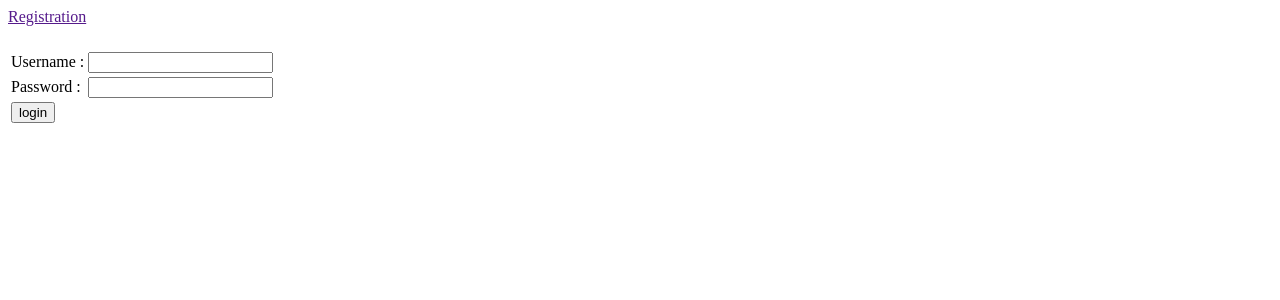
Repository: priyagund/jspServlet
Page: http://localhost/MyFirstLogin/login.jsp
The author's editor kept a copy of each file at every save. The page is drawn from the files as they stood at one save, then again after the next save.
The browser window is 1280 px wide. The pictures show the whole page.
The page is served by Tomcat 9. Other server files are loaded and not shown.

Above is the page before, as saved 2019-10-10 05:45:52.

### MyFirstLogin/WebContent/login.jsp
<%@ page language="java" contentType="text/html; charset=UTF-8"
    pageEncoding="UTF-8"%>
<!DOCTYPE html>
<html>
<head>
<meta charset="UTF-8">
<title>Insert title here</title>
</head>
<body>
<form action "loginRegister" method "post">
<table>
<tr>
<td><h3 style="color:red"; Login Page></h3>

</td>
</tr>
<style= "background color:skyblue; margin-left=20px; margin-left=20px";></style>
<tr><td>Username : </td><td><input type="text" name="name"></td></tr>
<tr><td>Password :  </td><td><input type="password" name="password"></td></tr>
<tr><td> <input type ="submit" name="submit" value="login"></td><a href "register.jsp">Registration</a></tr>
</table>

</form>
</body>
</html>

After the next save:
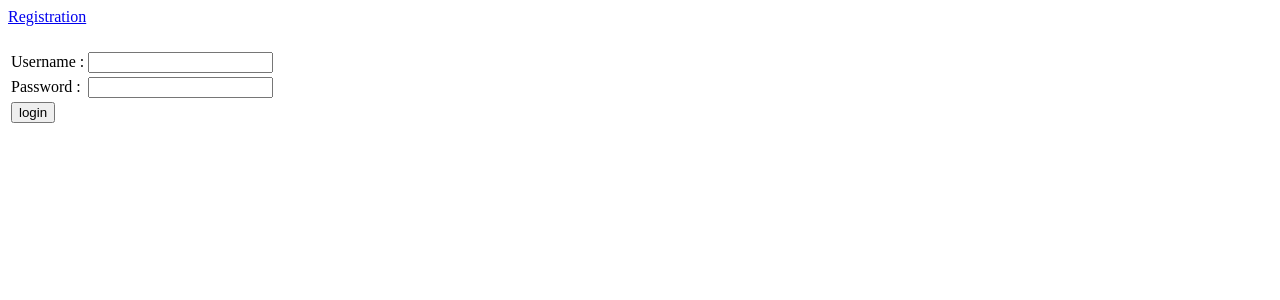
Saved 3 min 42 s later.
--- a/MyFirstLogin/WebContent/login.jsp
+++ b/MyFirstLogin/WebContent/login.jsp
@@ -1,5 +1,5 @@
 <%@ page language="java" contentType="text/html; charset=UTF-8"
-    pageEncoding="UTF-8"%>
+	pageEncoding="UTF-8"%>
 <!DOCTYPE html>
 <html>
 <head>
@@ -7,19 +7,26 @@
 <title>Insert title here</title>
 </head>
 <body>
-<form action "loginRegister" method "post">
-<table>
-<tr>
-<td><h3 style="color:red"; Login Page></h3>
+	<form action"login" method "post">
+	<table>
+		<tr>
+			<td><h3 style="color: red" ; Login Page></h3></td>
+		</tr>
+		<style = "background-color: skyblue; margin-left=20px; margin-top=20px";></style>
+		<tr>
+			<td>Username :</td>
+			<td><input type="text" name="name"></td>
+		</tr>
+		<tr>
+			<td>Password :</td>
+			<td><input type="password" name="password"></td>
+		</tr>
+		<tr>
+			<td><input type="submit" name="submit" value="login"></td>
+			<a href="register.jsp">Registration</a>
+		</tr>
+	</table>
 
-</td>
-</tr>
-<style= "background color:skyblue; margin-left=20px; margin-left=20px";></style>
-<tr><td>Username : </td><td><input type="text" name="name"></td></tr>
-<tr><td>Password :  </td><td><input type="password" name="password"></td></tr>
-<tr><td> <input type ="submit" name="submit" value="login"></td><a href "register.jsp">Registration</a></tr>
-</table>
-
-</form>
+	</form>
 </body>
 </html>
